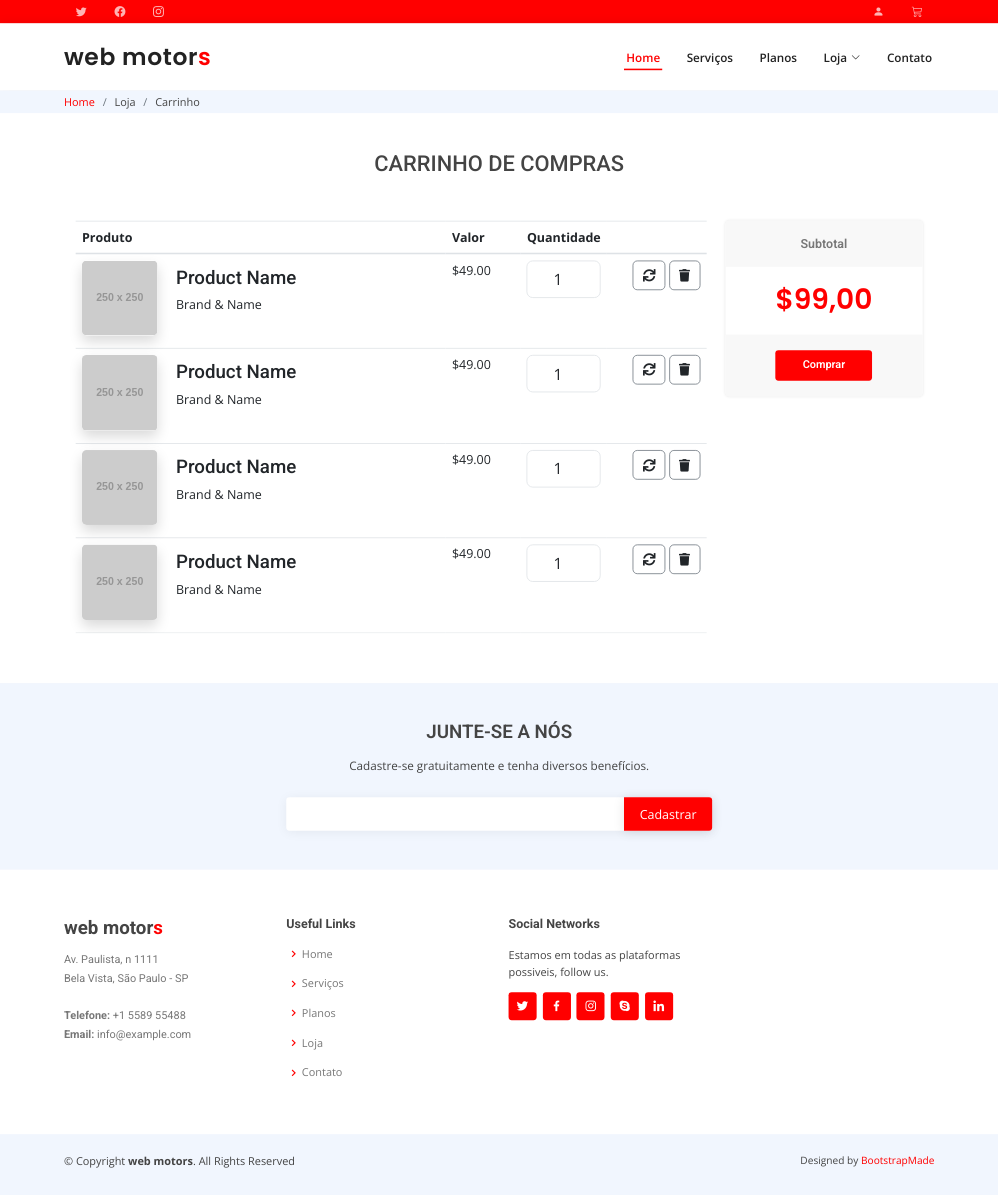
Repository: 01nethy/WebMotors
Page: cart.html
The author's editor kept a copy of each file at every save. The page is drawn from the files as they stood at one save, then again after the next save.
The browser window is 1280 px wide. The pictures show the whole page, at 78% of full size.
Some web libraries are served in a nearby version.

Above is the page before, as saved 2023-10-07 22:37:13.
Console error: TypeError: Cannot read properties of undefined (reading 'fn')

After the next save:
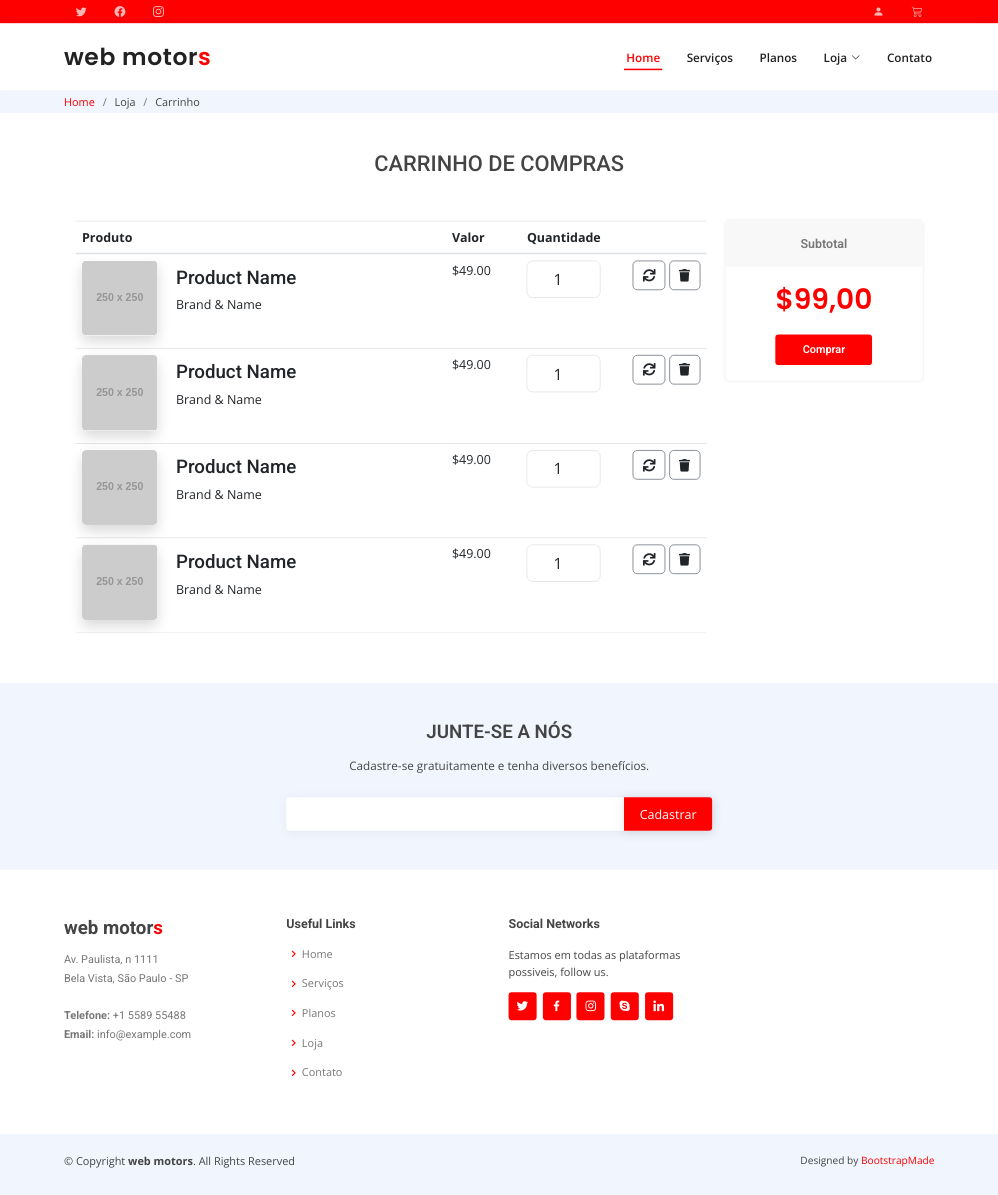
Saved 10 min 25 s later.
--- a/cart.html
+++ b/cart.html
@@ -107,9 +107,9 @@
         <div class="container">
             <div class="col-lg-12 col-md-12 col-12">
                 <h3 class="display-7 mb-2 text-center">CARRINHO DE COMPRAS</h3>
-                <div class="row">
+                <div class="row ">
                     <table id="shoppingCart"
-                        class="table table-condensed table-responsive align-items-center w-75 pt-5 col-8">
+                        class="table table-condensed table-responsive align-items-center w-75 pt-5 col-8 ">
                         <thead>
                             <tr>
                                 <th style="width:60%">Produto</th>
@@ -240,9 +240,7 @@
                             <h3>Subtotal</h4>
                             <h4>$99,00</h1>
                             <div class="mt-4 align-items-center">
-                                <div class="btn-wrap">
-                                    <a href="" class="btn-buy">Comprar</a>
-                                </div>
+                                <a href="" class="btn-buy">Comprar</a>
                             </div>
                         </div>
                     </aside>
